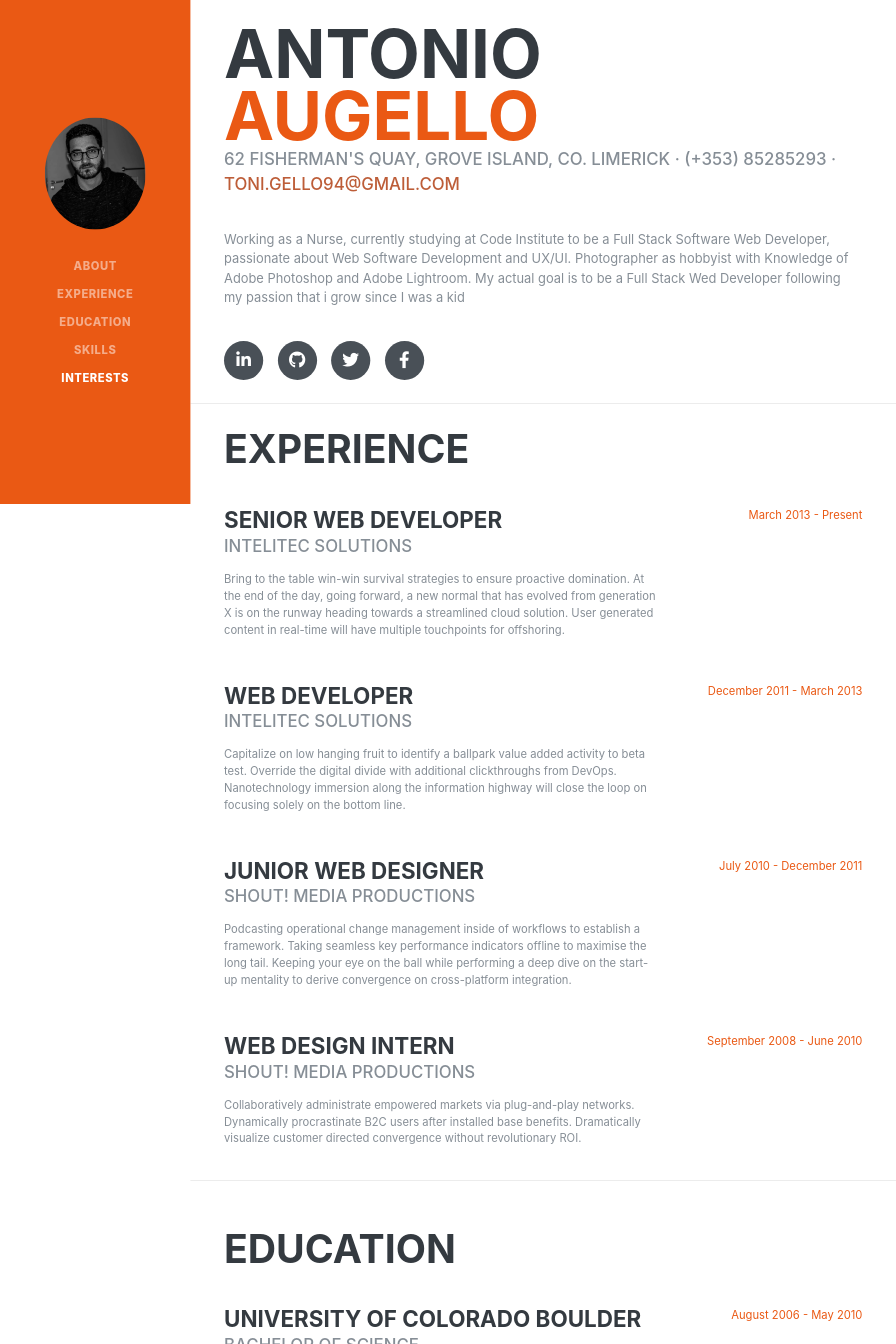
Repository: gello94/antonio_augello_online_Resume
Page: http://localhost/
The author's editor kept a record of every edit. The page is drawn from the files as they stood at one moment, then again after the next edit.
The browser window is 1280 px wide. The pictures show the part of the page from y = 0 to 1920 px (the page is 3994 px tall), at 70% of full size.
Some web fonts or font styles are not loaded; a fallback is used. The page is served by the project's application, run on Flask 3 (run.py).

Above is the page before.

After the next edit:
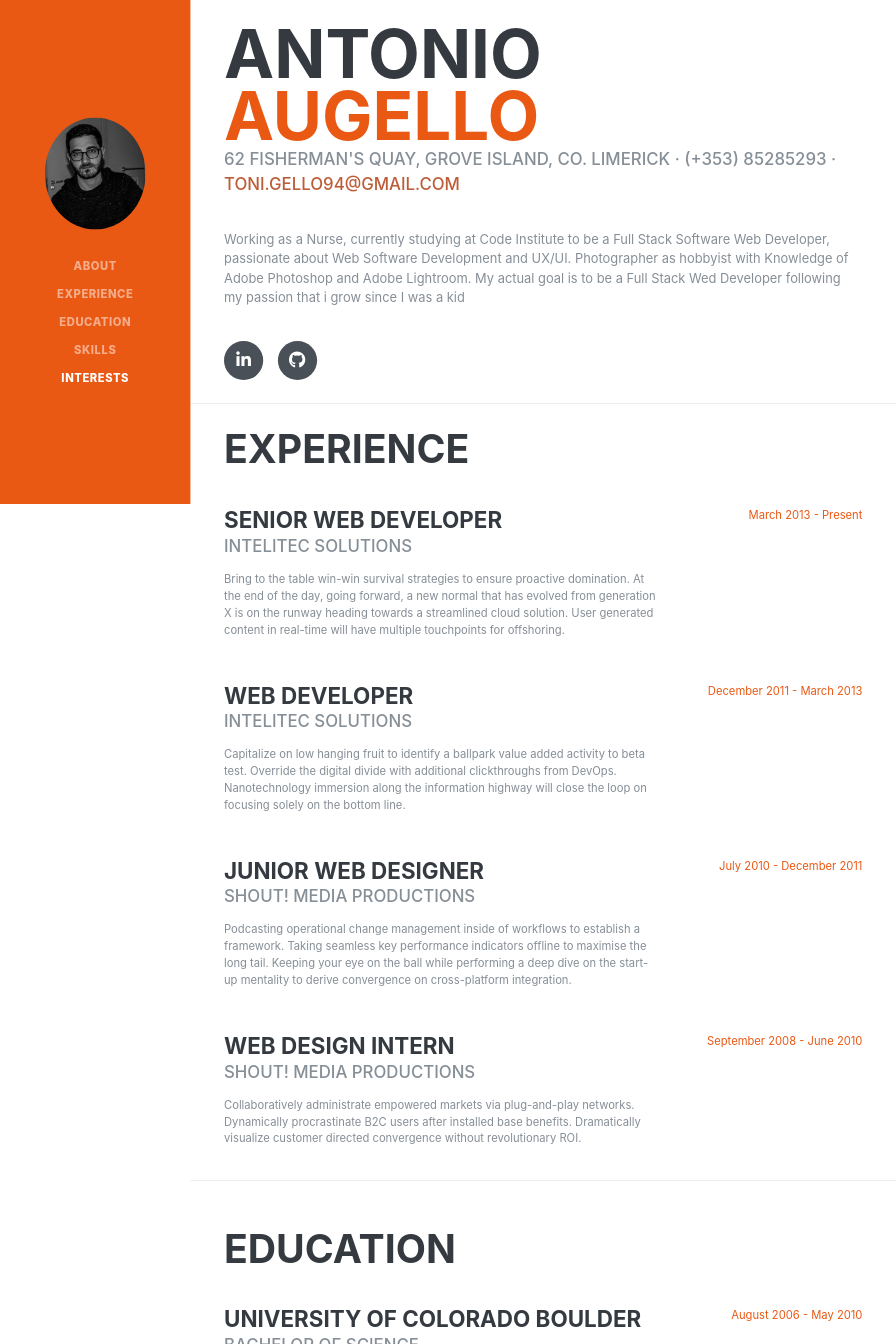
The edit:
--- a/templates/index.html
+++ b/templates/index.html
@@ -76,12 +76,6 @@
           <a href="#">
             <i class="fab fa-github"></i>
           </a>
-          <a href="#">
-            <i class="fab fa-twitter"></i>
-          </a>
-          <a href="#">
-            <i class="fab fa-facebook-f"></i>
-          </a>
         </div>
       </div>
     </section>
